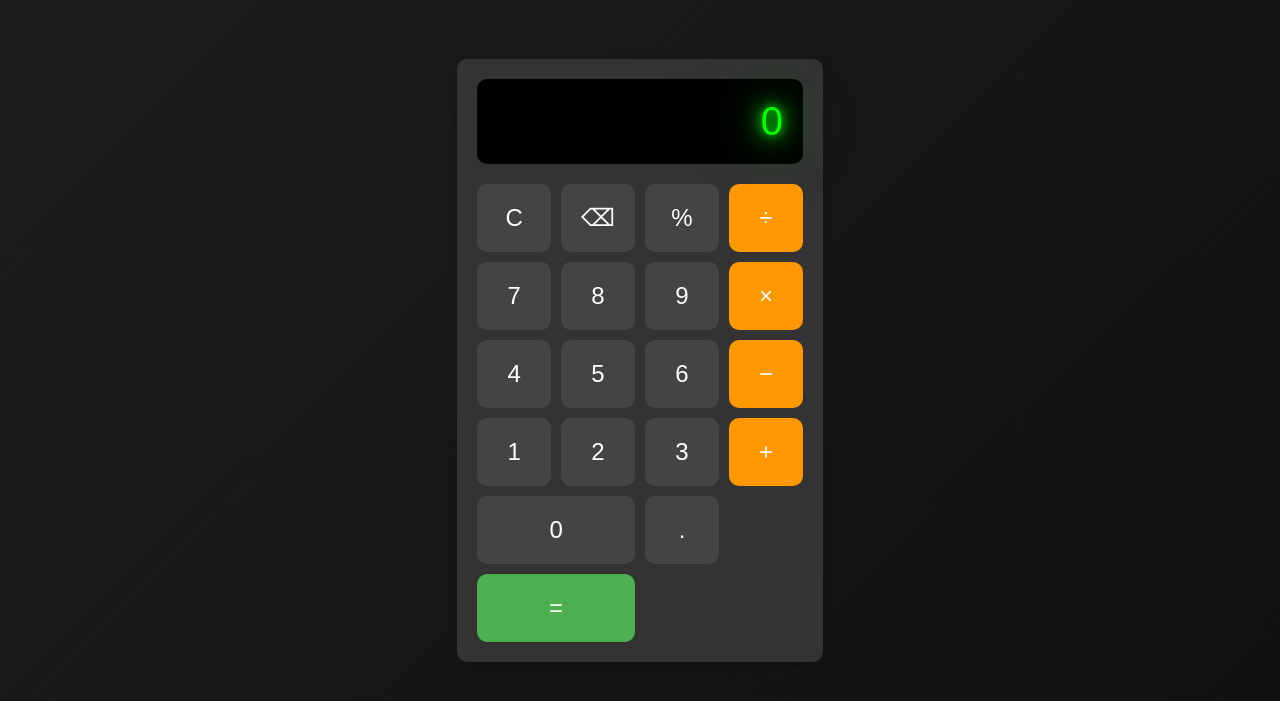
Repository: Barnabasbag/New-folder--2-
Page: in1.html
An editor plug-in stored every save of this project. The page is shown before and after the next save, followed by the edit.
The browser window is 1280 px wide. The pictures show the whole page.

Above is the page before, as saved 2024-06-26 23:39:00.

### in1.html
<!DOCTYPE html>
<html lang="en">
<head>
    <meta charset="UTF-8">
    <meta name="viewport" content="width=device-width, initial-scale=1.0">
    <title>Interactive Calculator</title>
    <link rel="stylesheet" href="styles.css">
</head>
<body>
    <div class="container">
        <div class="calculator">
            <div class="display" id="display">0</div>
            <div class="buttons">
                <button class="button" onclick="clearDisplay()">C</button>
                <button class="button" onclick="deleteLast()">⌫</button>
                <button class="button" onclick="appendCharacter('%')">%</button>
                <button class="button operator" onclick="appendCharacter('/')">÷</button>
                <button class="button" onclick="appendCharacter('7')">7</button>
                <button class="button" onclick="appendCharacter('8')">8</button>
                <button class="button" onclick="appendCharacter('9')">9</button>
                <button class="button operator" onclick="appendCharacter('*')">×</button>
                <button class="button" onclick="appendCharacter('4')">4</button>
                <button class="button" onclick="appendCharacter('5')">5</button>
                <button class="button" onclick="appendCharacter('6')">6</button>
                <button class="button operator" onclick="appendCharacter('-')">−</button>
                <button class="button" onclick="appendCharacter('1')">1</button>
                <button class="button" onclick="appendCharacter('2')">2</button>
                <button class="button" onclick="appendCharacter('3')">3</button>
                <button class="button operator" onclick="appendCharacter('+')">+</button>
                <button class="button zero" onclick="appendCharacter('0')">0</button>
                <button class="button" onclick="appendCharacter('.')">.</button>
                <button class="button equals" onclick="calculate()">=</button>
            </div>
        </div>
    </div>
    <script src="scripts.js"></script>
</body>
</html>

### styles.css
body {
    display: flex;
    justify-content: center;
    align-items: center;
    height: 100vh;
    margin: 0;
    background: linear-gradient(135deg, #1d1d1d 0%, #111 100%);
    font-family: 'Montserrat', sans-serif;
}

.container {
    display: flex;
    justify-content: center;
    align-items: center;
}

.calculator {
    background: #333;
    padding: 20px;
    border-radius: 10px;
    box-shadow: 0 4px 8px rgba(0, 0, 0, 0.2);
}

.display {
    background: #000;
    color: #0f0;
    font-size: 2.5rem;
    padding: 20px;
    border-radius: 10px;
    margin-bottom: 20px;
    text-align: right;
    animation: glow 1s ease-in-out infinite alternate;
}

.buttons {
    display: grid;
    grid-template-columns: repeat(4, 1fr);
    gap: 10px;
}

.button {
    background: #444;
    border: none;
    padding: 20px;
    font-size: 1.5rem;
    border-radius: 10px;
    cursor: pointer;
    color: #fff;
    transition: transform 0.1s ease;
}

.button:hover {
    transform: scale(1.1);
}

.operator {
    background: #ff9800;
}

.equals {
    background: #4caf50;
    grid-column: span 2;
}

.zero {
    grid-column: span 2;
}

@keyframes glow {
    from {
        text-shadow: 0 0 5px #0f0, 0 0 10px #0f0, 0 0 20px #0f0, 0 0 40px #0f0, 0 0 80px #0f0;
    }
    to {
        text-shadow: 0 0 10px #0f0, 0 0 20px #0f0, 0 0 40px #0f0, 0 0 80px #0f0, 0 0 160px #0f0;
    }
}

### scripts.js
let display = document.getElementById('display');
let currentInput = '';
let operatorPressed = false;

function appendCharacter(char) {
    if (operatorPressed && isNaN(char)) {
        operatorPressed = false;
    } else if (operatorPressed) {
        currentInput = '';
        operatorPressed = false;
    }
    currentInput += char;
    display.innerText = currentInput;
}

function clearDisplay() {
    currentInput = '';
    display.innerText = '0';
}

function deleteLast() {
    currentInput = currentInput.slice(0, -1);
    display.innerText = currentInput || '0';
}

function calculate() {
    try {
        currentInput = eval(currentInput.replace('×', '*').replace('÷', '/')).toString();
        display.innerText = currentInput;
    } catch (error) {
        display.innerText = 'Error';
        currentInput = '';
    }
    operatorPressed = true;
}

After the next save:
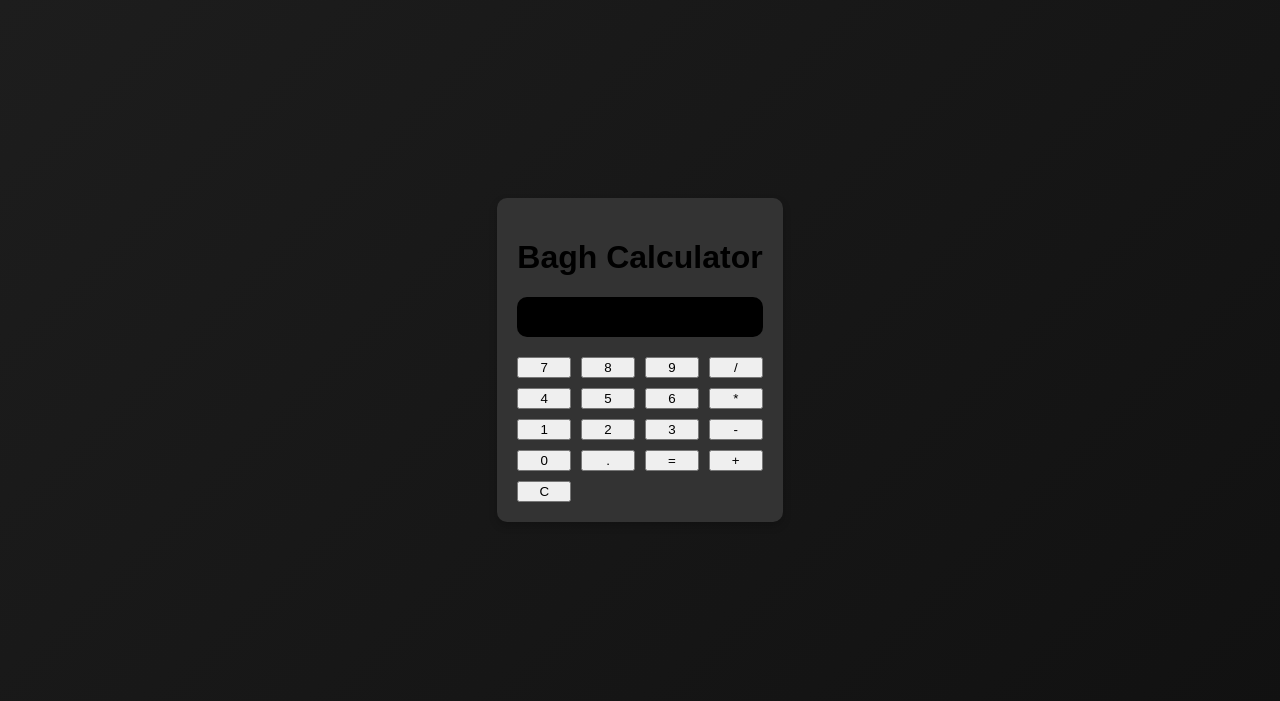
Saved 57 min 43 s later.
--- a/in1.html
+++ b/in1.html
@@ -3,34 +3,31 @@
 <head>
     <meta charset="UTF-8">
     <meta name="viewport" content="width=device-width, initial-scale=1.0">
-    <title>Interactive Calculator</title>
+    <title>Bagh Calculator</title>
     <link rel="stylesheet" href="styles.css">
 </head>
 <body>
-    <div class="container">
-        <div class="calculator">
-            <div class="display" id="display">0</div>
-            <div class="buttons">
-                <button class="button" onclick="clearDisplay()">C</button>
-                <button class="button" onclick="deleteLast()">⌫</button>
-                <button class="button" onclick="appendCharacter('%')">%</button>
-                <button class="button operator" onclick="appendCharacter('/')">÷</button>
-                <button class="button" onclick="appendCharacter('7')">7</button>
-                <button class="button" onclick="appendCharacter('8')">8</button>
-                <button class="button" onclick="appendCharacter('9')">9</button>
-                <button class="button operator" onclick="appendCharacter('*')">×</button>
-                <button class="button" onclick="appendCharacter('4')">4</button>
-                <button class="button" onclick="appendCharacter('5')">5</button>
-                <button class="button" onclick="appendCharacter('6')">6</button>
-                <button class="button operator" onclick="appendCharacter('-')">−</button>
-                <button class="button" onclick="appendCharacter('1')">1</button>
-                <button class="button" onclick="appendCharacter('2')">2</button>
-                <button class="button" onclick="appendCharacter('3')">3</button>
-                <button class="button operator" onclick="appendCharacter('+')">+</button>
-                <button class="button zero" onclick="appendCharacter('0')">0</button>
-                <button class="button" onclick="appendCharacter('.')">.</button>
-                <button class="button equals" onclick="calculate()">=</button>
-            </div>
+    <div class="calculator">
+        <h1>Bagh Calculator</h1>
+        <div id="display" class="display"></div>
+        <div class="buttons">
+            <button class="btn" onclick="appendNumber('7')">7</button>
+            <button class="btn" onclick="appendNumber('8')">8</button>
+            <button class="btn" onclick="appendNumber('9')">9</button>
+            <button class="btn" onclick="chooseOperation('/')">/</button>
+            <button class="btn" onclick="appendNumber('4')">4</button>
+            <button class="btn" onclick="appendNumber('5')">5</button>
+            <button class="btn" onclick="appendNumber('6')">6</button>
+            <button class="btn" onclick="chooseOperation('*')">*</button>
+            <button class="btn" onclick="appendNumber('1')">1</button>
+            <button class="btn" onclick="appendNumber('2')">2</button>
+            <button class="btn" onclick="appendNumber('3')">3</button>
+            <button class="btn" onclick="chooseOperation('-')">-</button>
+            <button class="btn" onclick="appendNumber('0')">0</button>
+            <button class="btn" onclick="appendNumber('.')">.</button>
+            <button class="btn" onclick="calculate()">=</button>
+            <button class="btn" onclick="chooseOperation('+')">+</button>
+            <button class="btn" onclick="clearDisplay()">C</button>
         </div>
     </div>
     <script src="scripts.js"></script>
